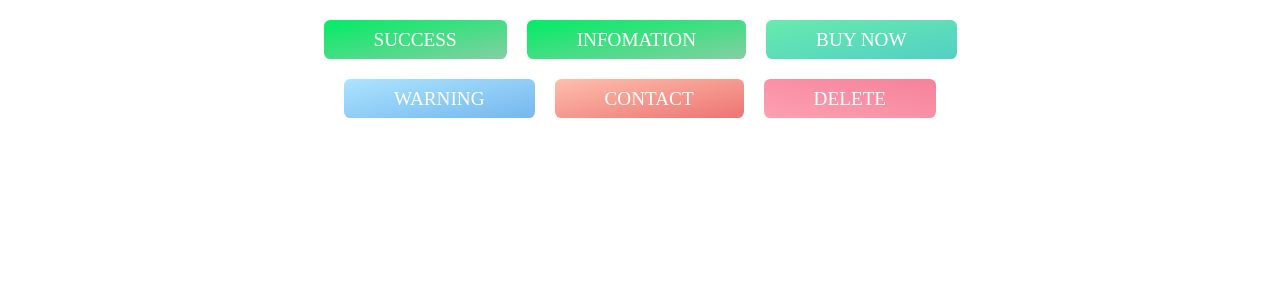
Repository: ThanhPhongsof/Css-Course
Page: index.html
An editor plug-in stored every save of this project. The page is shown before and after the next save, followed by the edit.
The browser window is 1280 px wide. The pictures show the whole page.

Above is the page before, as saved 2022-05-16 08:21:07.

### index.html
<!DOCTYPE html>
<html lang="en">
  <head>
    <meta charset="UTF-8" />
    <meta http-equiv="X-UA-Compatible" content="IE=edge" />
    <meta name="viewport" content="width=device-width, initial-scale=1.0" />
    <title>Document</title>
    <link rel="stylesheet" href="./reset.css" />
    <link rel="stylesheet" href="./styles.css" />
  </head>
  <body>
    <div class="group-button">
      <a href="" class="button button--green">success</a>
      <a href="" class="button button--blue">infomation</a>
      <a href="" class="button button--purple">buy now</a>
    </div>
    <div class="group-button">
      <a href="" class="button button--orange">warning</a>
      <a href="" class="button button--red">contact</a>
      <a href="" class="button button--pink">delete</a>
    </div>
  </body>
</html>

### styles.css
.group-button {
  display: flex;
  align-items: center;
  justify-content: center;
  gap: 20px;
  margin-top: 20px;
}

.button {
  text-decoration: none;
  text-transform: uppercase;
  background: #000;
  color: white;
  font-size: 1.2rem;
  padding: 10px 50px;
  border-radius: 0.4rem;
  font-weight: 500;
}

.button--green {
  background-image: linear-gradient(to right bottom, #00ed63, #85cfa4);
}

.button--blue {
  background-image: linear-gradient(to right bottom, #00ed63, #85cfa4);
}

.button--purple {
  background-image: linear-gradient(
    to right bottom,
    rgb(103, 235, 173),
    rgb(82, 208, 196)
  );
}

.button--orange {
  background-image: linear-gradient(
    to right bottom,
    rgb(172, 228, 255),
    rgb(117, 183, 238)
  );
}

.button--red {
  background-image: linear-gradient(
    to right bottom,
    rgb(254, 191, 172),
    rgb(237, 116, 115)
  );
}

.button--pink {
  background-image: linear-gradient(
    to top right,
    rgb(254, 160, 177),
    rgb(244, 130, 154)
  );
}

Loaded but not shown: reset.css (common file)

After the next save:
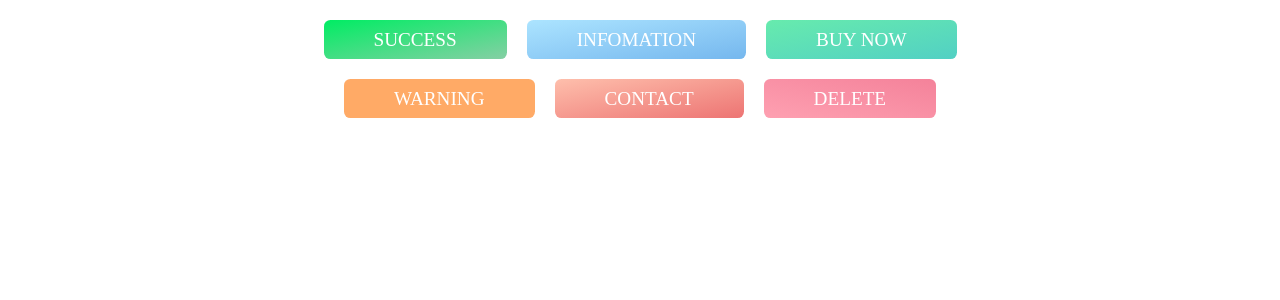
Saved 88 s later.
--- a/styles.css
+++ b/styles.css
@@ -22,7 +22,11 @@
 }
 
 .button--blue {
-  background-image: linear-gradient(to right bottom, #00ed63, #85cfa4);
+  background-image: linear-gradient(
+    to right bottom,
+    rgb(172, 228, 255),
+    rgb(117, 183, 238)
+  );
 }
 
 .button--purple {
@@ -34,11 +38,7 @@
 }
 
 .button--orange {
-  background-image: linear-gradient(
-    to right bottom,
-    rgb(172, 228, 255),
-    rgb(117, 183, 238)
-  );
+  background-image: linear-gradient(to right bottom, #fa6, #fa6);
 }
 
 .button--red {
